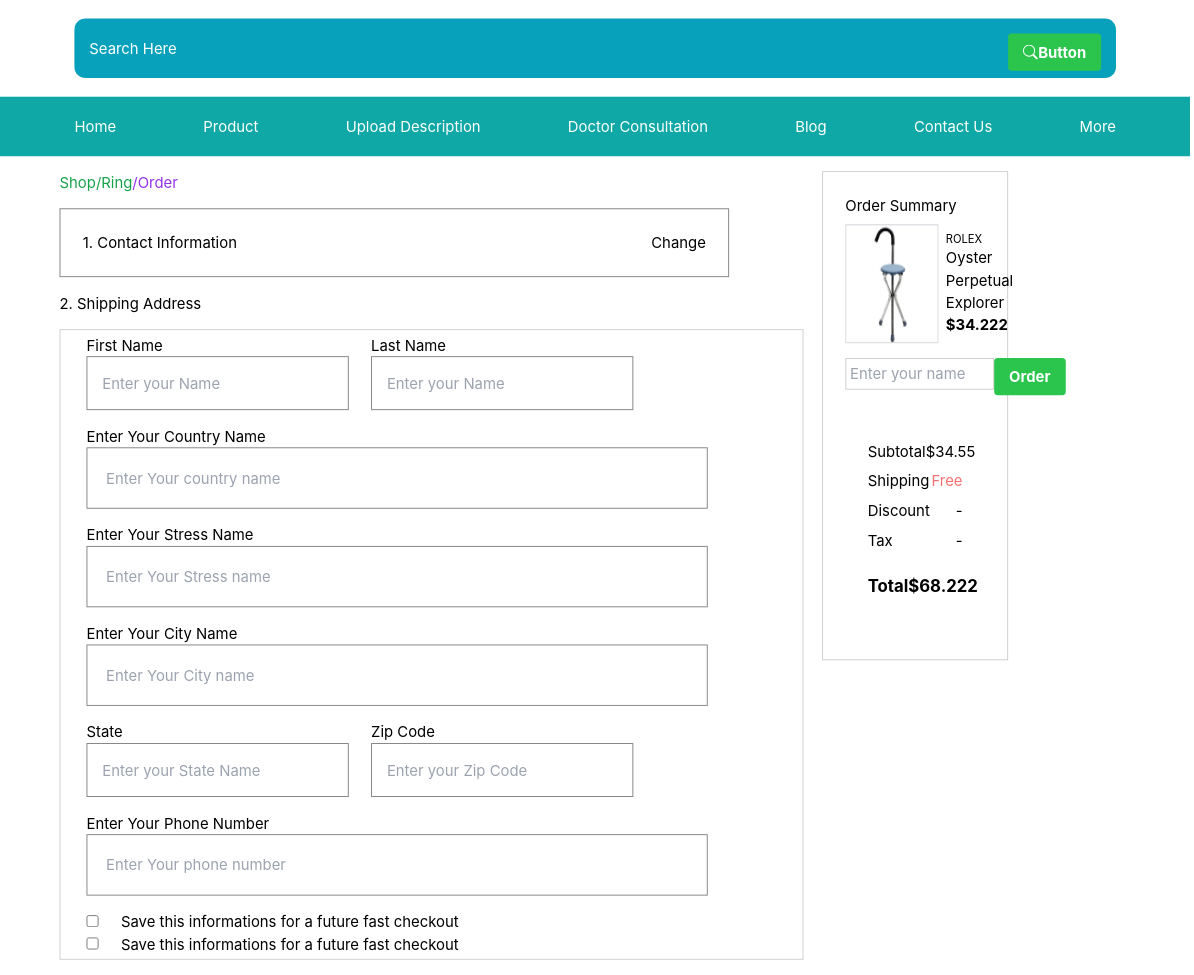
Repository: arafatmollah/form-pharma
Page: /
An editor plug-in stored every save of this project. The page is shown before and after the next save, followed by the edit.
The browser window is 1280 px wide. The page is 1280 px wide, then 1284 px, so the pictures cover 1284 px, including what lies to the right of the window. The pictures show the whole page, at 93% of full size.
The project was rebuilt for these pictures with package versions that can differ from the ones it lists, and the page was loaded fresh each time.

Above is the page before, as saved 2023-03-15 00:19:32.

### src/index.js


import React from 'react';
import ReactDOM from 'react-dom/client';
import './index.css';
import App from './App';
import reportWebVitals from './reportWebVitals';

const root = ReactDOM.createRoot(document.getElementById('root'));
root.render(
  <React.StrictMode>
    <App />
  </React.StrictMode>
);

// If you want to start measuring performance in your app, pass a function
// to log results (for example: reportWebVitals(console.log))
// or send to an analytics endpoint. Learn more: https://bit.ly/CRA-vitals
reportWebVitals();

### src/App.js

import './App.css';
import Nav from './Nav';
import Form from './Form';

function App() {
  return (
    <div className="App">
     <Nav></Nav>
     <Form></Form>
    </div>
  );
}

export default App;

### src/App.css
.box-border{
  background-color: #08A1BC;
}
.btn {
  @apply font-bold py-2 px-4 rounded;
  background-color: #2BC44C;
  color: white;
}
.btn-blue {
  @apply bg-blue-500 text-white;
}
.btn-blue:hover {
  @apply bg-blue-700;
}
.nav{
  background-color: #0FA8A6;
}
.info{
  width: 90%;
  border: 1px solid gray;
}
.input{
  border: 1px solid gray;
}
.an{
  width: 90%;
}
.information{
  display: grid;
  grid-template-columns: 800px 200px;
  grid-gap: 20px;
}

.order{
  border: 1px solid rgb(175, 175, 175);
  border: 100%;
}
.list{
display: grid;
grid-template-columns: 900px 300px;
grid-gap: 50px;
}
.form{
border: 1px solid rgb(207, 205, 205);
padding: 4px;
}
.summary{
border: 1px solid rgb(207, 205, 205);
}

### src/Nav.js
import React from 'react'
import './App.css';
import { BsSearch } from 'react-icons/bs';

function Nav() {
  return (
    <div>
        <div className='box-border h-16 w-100 p-4 mx-20 my-5 rounded-xl'>
          <div className='flex justify-between align-middle'>
                <p className='text-white mt-1'>Search Here</p>
                <button className="btn mb-1 py-2 flex items-center justify-between"><BsSearch></BsSearch> Button</button>
          </div>
        </div>
        <div className='box-border h-16 w-100 nav'>
            <div className='flex mx-20 items-center justify-between text-white'>
            <div className='mt-5'>Home</div>
            <div className='mt-5'> Product</div>
            <div className='mt-5'>Upload Description</div>
            <div className='mt-5'>Doctor Consultation</div>
            <div className='mt-5'>Blog</div>
            <div className='mt-5'>Contact Us</div>
            <div className='mt-5'>More</div>
            </div>
        </div>
    </div>
  )
}

export default Nav

### src/Form.js
import React from 'react'
import img from './images/img.png'

function form() {
  return (
    <div>
        <div className='mx-16 information'>
            <div>
            <div className='flex my-4'>
                <p className='text-green-600'>Shop</p>
                <p className='text-green-600'> /Ring</p>
                <p className='text-purple-600'>/Order</p>
            </div>
            <div>
            <div className='info p-6 flex justify-between'>
              <p>1. Contact Information</p>
              <p>Change </p>
            </div>
            <div className='my-4'>
              <p>2. Shipping Address</p>
              <form className='my-4 form p-5'>
               <div className='flex'>
               <div className='mx-6'>
                <label>First Name</label> <br></br>
                <input className='input p-4' type='text' placeholder="Enter your Name"></input>
                </div>
                <div>
                <label>Last Name</label> <br></br>
                <input className='input p-4' type='text' placeholder="Enter your Name"></input>
                </div>
               </div>
               <div className='my-4 mx-6'>
                <label>Enter Your Country Name</label><br></br>
                <input className='an input p-5' type='text' placeholder='Enter Your country name'></input>
               </div>
               <div className='my-4 mx-6'>
                <label>Enter Your Stress Name</label><br></br>
                <input className='an input p-5' type='text' placeholder='Enter Your Stress name'></input>
               </div>
               <div className='my-4 mx-6'>
                <label>Enter Your City Name</label><br></br>
                <input className='an input p-5' type='text' placeholder='Enter Your City name'></input>
               </div>
               <div className='flex'>
               <div className='mx-6'>
                <label>State</label> <br></br>
                <input className='input p-4' type='text' placeholder="Enter your State Name"></input>
                </div>
                <div>
                <label>Zip Code</label> <br></br>
                <input className='input p-4' type='number' placeholder="Enter your Zip Code"></input>
                </div>
               </div>
               <div className='my-4 mx-6'>
                <label>Enter Your Phone Number</label><br></br>
                <input className='an input p-5' type='number' placeholder='Enter Your phone number'></input>
               </div>
               <div>
                <input type="checkbox" className='mx-6 p-4'></input>
                <label>Save this informations for a future fast checkout</label><br></br>
                <input type="checkbox" className='mx-6 p-4'></input>
                <label>Save this informations for a future fast checkout</label>
               </div>
              </form>
            </div>
            </div>
            </div>
            <div>
            <div className='summary p-6 my-4'>
            Order Summary
          <div className='flex justify-between my-2'>
            <img src={img} alt=''></img>
            <div className='mx-2 my-2'>
              <p className='text-xs'>ROLEX</p>
              <h3>Oyster Perpetual Explorer</h3>
              <p className='font-bold'>$34.222</p>
            </div>
          </div>
          <div className='flex justify-between mt-4'>
            <form>
              <input type='text' className="form w-40" placeholder="Enter your name"></input>
            </form>
            <button className='btn'>Order</button>
          </div>
          <div className='my-4 p-6'>
            <div className='flex justify-between my-2'>
              <p>Subtotal</p>
              <p>$34.55</p>
            </div>
            <div className='flex justify-between'>
              <p>Shipping</p>
              <p className='text-red-400'>Free</p>
            </div>
            <div className='flex justify-between my-2'>
              <p>Discount</p>
              <p>-</p>
            </div>
            <div className='flex justify-between'>
              <p>Tax</p>
              <p>-</p>
            </div>
            <div className='flex justify-between'>
              <lr></lr>
            </div><div className='flex justify-between mt-6'>
              <p className='text-lg font-bold'>Total</p>
              <p className='text-lg font-bold'>$68.222</p>
            </div>

          </div>
        </div>
            </div>
        </div>
    </div>
  )
}

export default form

Loaded but not shown: public/index.html (common file); src/index.css (common file); src/reportWebVitals.js (common file); tailwind.config.js (common file)

After the next save:
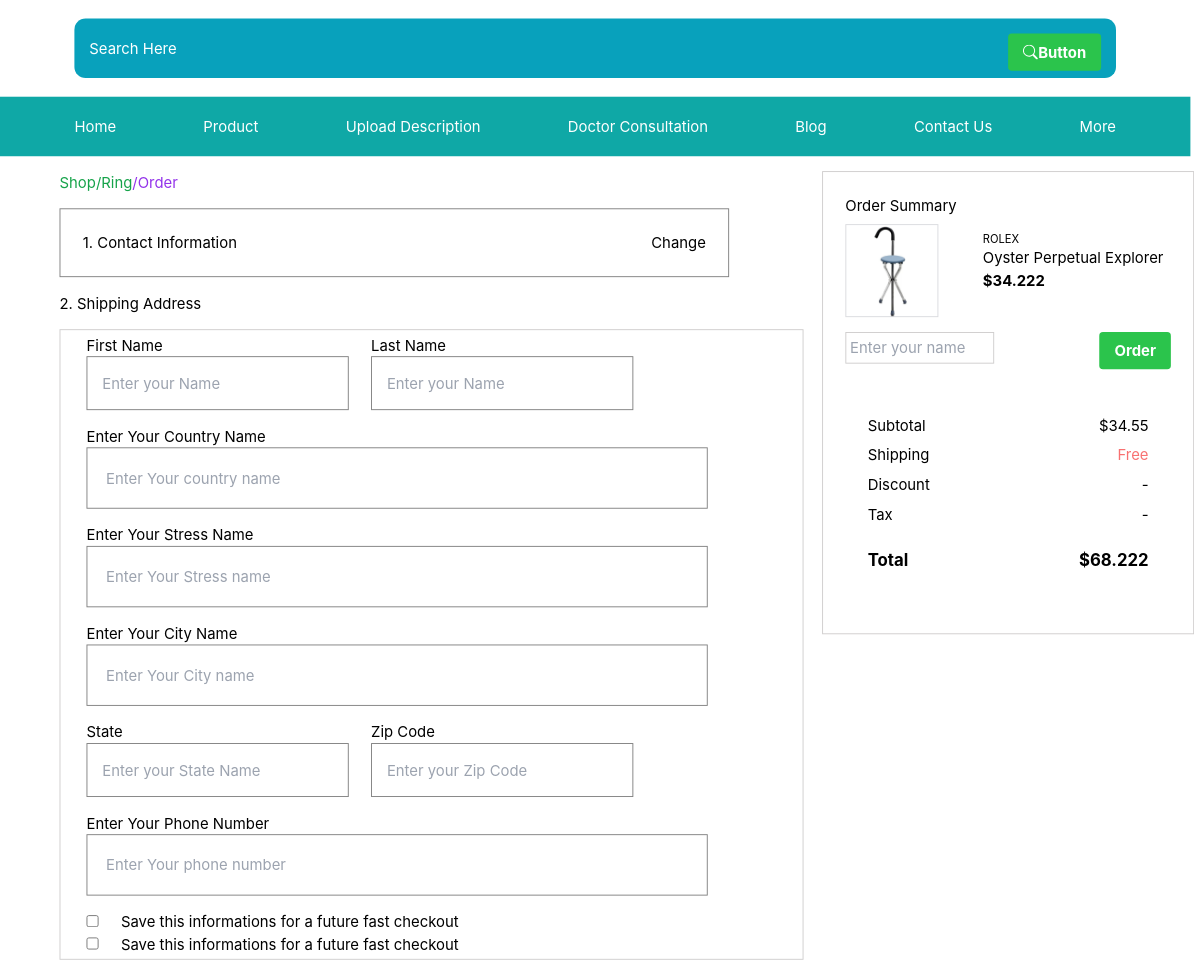
Saved 27 s later.
--- a/src/App.css
+++ b/src/App.css
@@ -27,7 +27,7 @@
 }
 .information{
   display: grid;
-  grid-template-columns: 800px 200px;
+  grid-template-columns: 800px 400px;
   grid-gap: 20px;
 }
 
